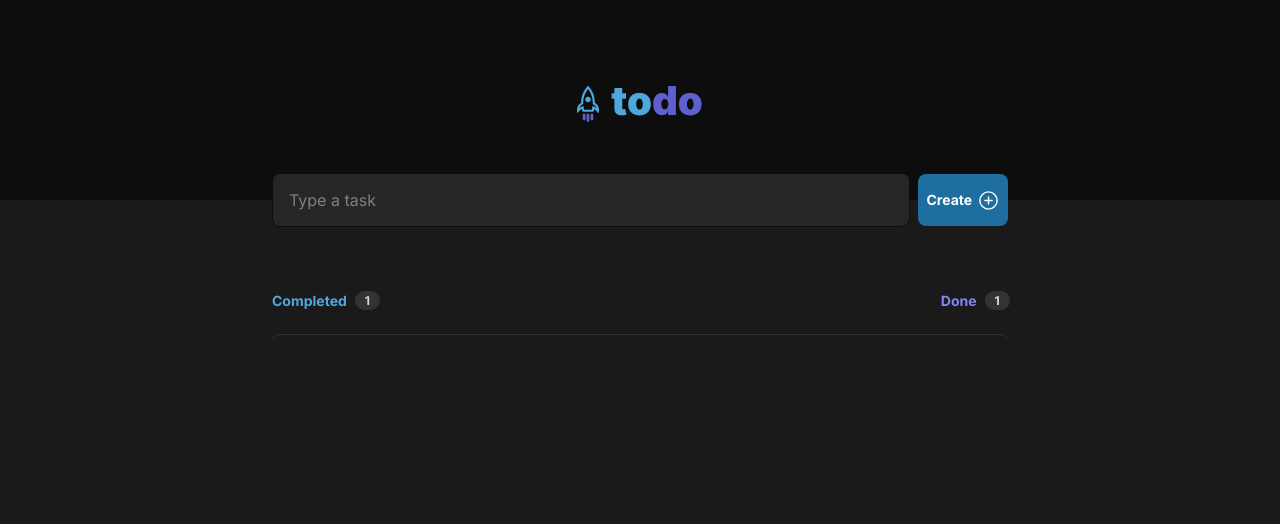
Repository: JoseGu1llardi/to-do-list-D01
Page: /
These files come from the project's save history. The page is drawn as it stood at one moment and after the next save; the edit follows.
The browser window is 1280 px wide. The pictures show the whole page.
The project was rebuilt for these pictures with package versions that can differ from the ones it lists, and the page was loaded fresh each time. Also part of the build but not shown: vite.config.ts.

Above is the page before, as saved 2023-03-11 18:59:39.

### index.html
<!DOCTYPE html>
<html lang="en">
  <head>
    <meta charset="UTF-8" />

    <link rel="preconnect" href="https://fonts.googleapis.com" />
    <link rel="preconnect" href="https://fonts.gstatic.com" crossorigin />

    <link
      href="https://fonts.googleapis.com/css2?family=Inter:wght@400;700&display=swap"
      rel="stylesheet"
    />

    <link rel="icon" type="image/svg+xml" href="/vite.svg" />
    <meta name="viewport" content="width=device-width, initial-scale=1.0" />
    <title>Vite + React + TS</title>
  </head>
  <body>
    <div id="root"></div>
    <script type="module" src="/src/main.tsx"></script>
  </body>
</html>

### src/App.tsx
import { Header } from "./components/Header"

import styles from './App.module.css';

import "./global.css"
import { Input } from "./components/Input";
import { Button } from "./components/Button";
import { Tasks } from "./components/Tasks";

function App() {
  return (
    <>
      <Header />

      <div className={styles.newTaskContainer}>
        <Input />
        <Button />
      </div>

      <div className={styles.tasksContainer}>
        <Tasks />
      </div>
    </>
  )
}

export default App

### src/components/Header/index.tsx
import Logo from '../../assets/Logo (1).svg'

import styles from './styles.module.css';

export function Header() {
    return (
        <header className={styles.container}>
            <img src={Logo} />
        </header>
    )
}

### src/App.module.css
.newTaskContainer {
  display: flex;
  flex-direction: row;
  align-items: center;
  padding: 0px;
  gap: 8px;

  position: absolute;
  width: 46rem;
  height: 3.375rem;
  left: calc(50% - 736px / 2);
  top: 10.8125rem;
}

.tasksContainer {
  display: flex;
  flex-direction: column;
  align-items: flex-start;
  padding: 0px;
  gap: 24px;

  position: absolute;
  width: 736px;
  height: 287px;
  left: calc(50% - 736px / 2);
  top: 291px;
}

### src/global.css
:root {
  // Base
  --gray-100: #f2f2f2;
  --gray-200: #d9d9d9;
  --gray-300: #808080;
  --gray-400: #333333;
  --gray-500: #262626;
  --gray-600: #1a1a1a;
  --gray-700: #0d0d0d;

  --danger: #e25858;

  // Product
  --purple: #8284fa;
  --dark-purple: #5e60ce;
  --blue: #4ea8de;
  --dark-blue: #1e6f9f;
}

* {
  margin: 0;
  padding: 0;
  box-sizing: border-box;
}

body {
  color: #fff;
  background: var(--gray-600);

  width: 100%;
  height: 100%;
  max-height: 1024px;
  position: relative;
}

body,
input,
textarea,
button {
  font-family: "Inter", sans-serif;
  font-weight: 400;
  font-size: 1rem;
}

### src/components/Input/index.tsx
import styles from './styles.module.css';

export function Input() {
    return (
        <input
            type="text"
            className={styles.input}
            placeholder='Type a task'
        />
    )
}

### src/components/Button/index.tsx
import { PlusCircle } from '@phosphor-icons/react'

import styles from './styles.module.css';

export function Button() {
    return (
        <button className={styles.button}>
            <span>Create</span>
            <PlusCircle size={23} />
        </button>
    )
}

### src/components/Tasks/index.tsx
import styles from './styles.module.css';

export function Tasks() {
    return (
        <>
            <section className={styles.info}>

                <div className={styles.created}>
                    <span>Completed</span>
                    <div className={styles.counter}>
                        <p>1</p>
                    </div>
                </div>

                <div className={styles.done}>
                    <span>Done</span>
                    <div className={styles.counter}>
                        <p>1</p>
                    </div>
                </div>

            </section>

            <section className={styles.tasks}>

            </section>
        </>
    )
}

### src/components/Header/styles.module.css
.container {
  position: absolute;
  height: 12.5rem;
  max-width: 100%;
  left: 0;
  right: 0;
  top: 0;

  display: flex;
  align-items: center;
  justify-content: center;

  background: var(--gray-700);
}

.container img {
  position: absolute;
  width: 7.875rem;
  height: 3rem;
}

### src/components/Input/styles.module.css
.input {
  box-sizing: border-box;

  display: flex;
  flex-direction: row;
  align-items: center;
  padding: 16px;
  gap: 8px;

  width: 638px;
  height: 54px;

  background: var(--gray-500);
  color: #fff;

  border: 1px solid var(--gray-700);
  border-radius: 8px;

  flex: none;
  order: 0;
  flex-grow: 1;
}

.input::placeholder {
  color: var(--gray-300);
}

### src/components/Button/styles.module.css
.button {
  width: 90px;
  height: 52px;

  display: flex;
  flex-direction: row;
  align-items: center;
  justify-content: center;
  gap: 16px;

  border: 0;
  border-radius: 8px;

  background: var(--dark-blue);
  color: white;
}

.button span {
  width: 34px;
  height: 20px;

  font-weight: 700;
  font-size: 14px;
  line-height: 140%;

  color: var(--gray-100);

  flex: none;
  order: 0;
  flex-grow: 0;
}

.button img {
  width: 16px;
  height: 16px;

  flex: none;
  order: 1;
  flex-grow: 0;
}

### src/components/Tasks/styles.module.css
.info {
  display: flex;
  flex-direction: row;
  justify-content: space-between;
  align-items: flex-end;
  padding: 0px;
  gap: 561px;

  width: 736px;
  height: 19px;

  flex: none;
  order: 0;
  align-self: stretch;
  flex-grow: 0;
}

.created {
  display: flex;
  flex-direction: row;
  align-items: center;
  padding: 0px;
  gap: 8px;

  width: 139px;
  height: 19px;

  order: 0;
  flex-grow: 0;
}

.created span {
  font-family: "Inter";
  font-style: normal;
  font-weight: 700;
  font-size: 14px;
  line-height: 17px;

  color: var(--blue);

  flex: none;
  order: 0;
  flex-grow: 0;
}

.counter {
  display: flex;
  flex-direction: row;
  justify-content: center;
  align-items: center;
  padding: 2px 8px;
  gap: 10px;

  width: 25px;
  height: 19px;

  background: #333333;
  border-radius: 999px;

  order: 1;
  flex-grow: 0;
}

.counter p {
  font-style: normal;
  font-weight: 700;
  font-size: 12px;
  line-height: 15px;

  color: var(--gray-200);

  order: 1;
  flex-grow: 0;
}

.done {
  display: flex;
  flex-direction: row;
  align-items: center;
  padding: 0px;
  gap: 8px;

  width: 111px;
  height: 19px;
  right: -200;

  order: 1;
  flex-grow: 0;
}

.done span {
  font-family: "Inter";
  font-style: normal;
  font-weight: 700;
  font-size: 14px;
  line-height: 17px;

  color: #8284fa;

  flex: none;
  order: 0;
  flex-grow: 0;
}

.tasks {
  box-sizing: border-box;

  display: flex;
  flex-direction: column;
  justify-content: center;
  align-items: center;
  padding: 64px 24px;
  gap: 16px;

  width: 736px;
  height: 244px;

  border-top: 1px solid #333333;
  border-radius: 8px;

  flex: none;
  order: 1;
  align-self: stretch;
  flex-grow: 0;
}

Loaded but not shown: src/main.tsx (common file)

After the next save:
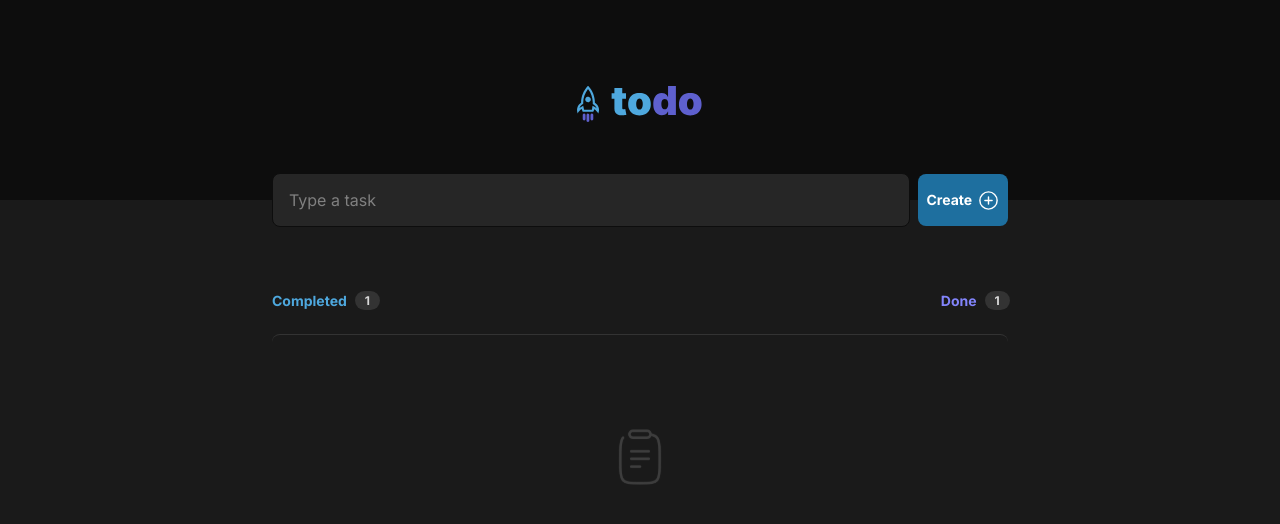
Saved 2 min 34 s later.
--- a/src/components/Tasks/index.tsx
+++ b/src/components/Tasks/index.tsx
@@ -1,3 +1,5 @@
+import Clipboard from '../../assets/Clipboard.svg';
+
 import styles from './styles.module.css';
 
 export function Tasks() {
@@ -22,7 +24,7 @@ export function Tasks() {
             </section>
 
             <section className={styles.tasks}>
-
+                <img src={Clipboard} alt="" />
             </section>
         </>
     )
